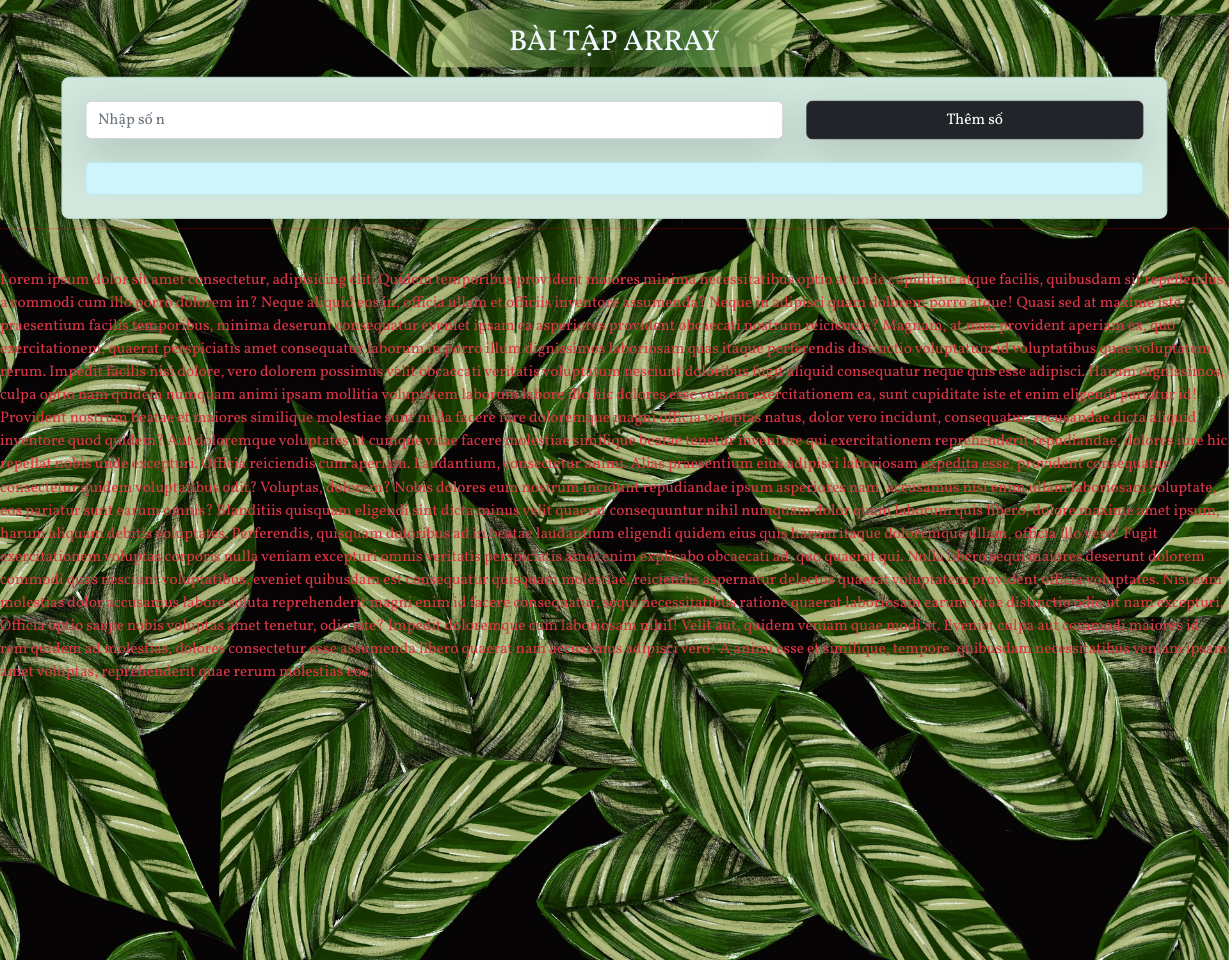
Repository: hcozyph/TranHuuPhuoc_BC43_BT_JS_Buoi7_8_ARRAY
Page: index.html
The author's editor kept a copy of each file at every save. The page is drawn from the files as they stood at one save, then again after the next save.
The browser window is 1280 px wide. The pictures show the whole page, at 96% of full size.
Backgrounds fixed to the window are drawn as part of the page.

Above is the page before, as saved 2023-02-22 16:21:35.

After the next save:
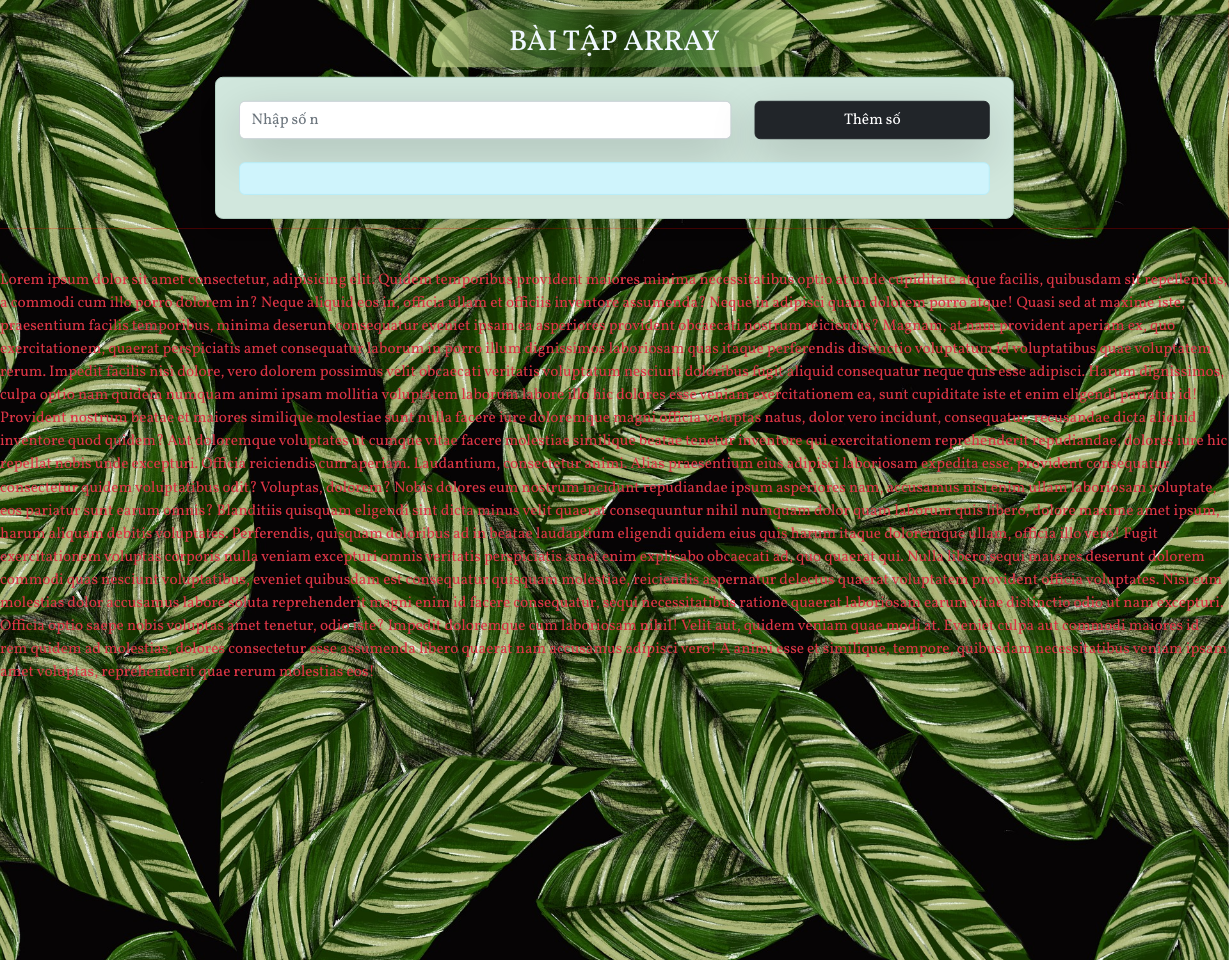
Saved 4 s later.
--- a/index.html
+++ b/index.html
@@ -43,7 +43,7 @@
                 <div
                     id="mainArray"
                     class="alert alert-success rounded-3 shadow p-4"
-                    style="margin: 10px auto; width: 90%"
+                    style="margin: 10px auto; width: 65%"
                 >
                     <div class="row row-cols-3">
                         <div class="col-8">
